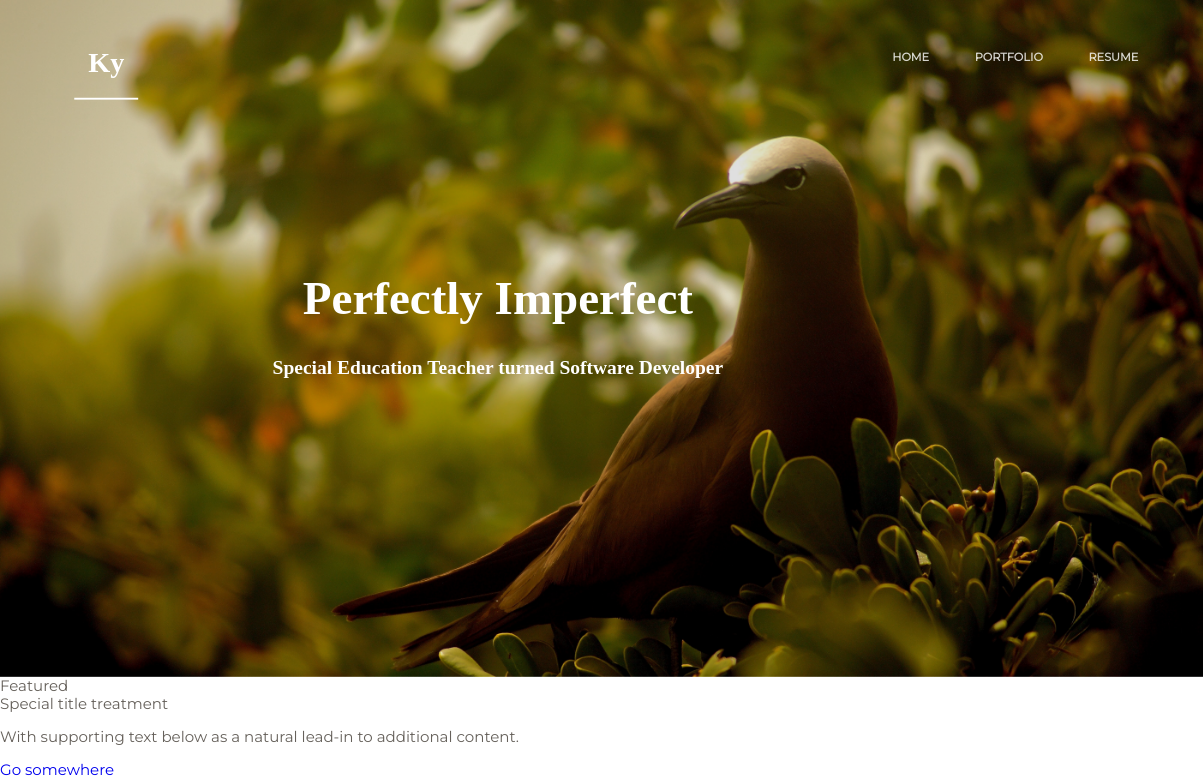
Repository: kkyler24/Perfectly-Imperfect
Page: / (app in imperfect/)
The author's editor kept a copy of each file at every save. The page is drawn from the files as they stood at one save, then again after a run of saves.
The browser window is 1280 px wide. The pictures show the whole page, at 94% of full size.
Some web fonts or font styles are not loaded; a fallback is used. The project was rebuilt for these pictures with package versions that can differ from the ones it lists, and the page was loaded fresh each time.

Above is the page before, as saved 2020-07-23 21:59:59.

After the next 3 saves:
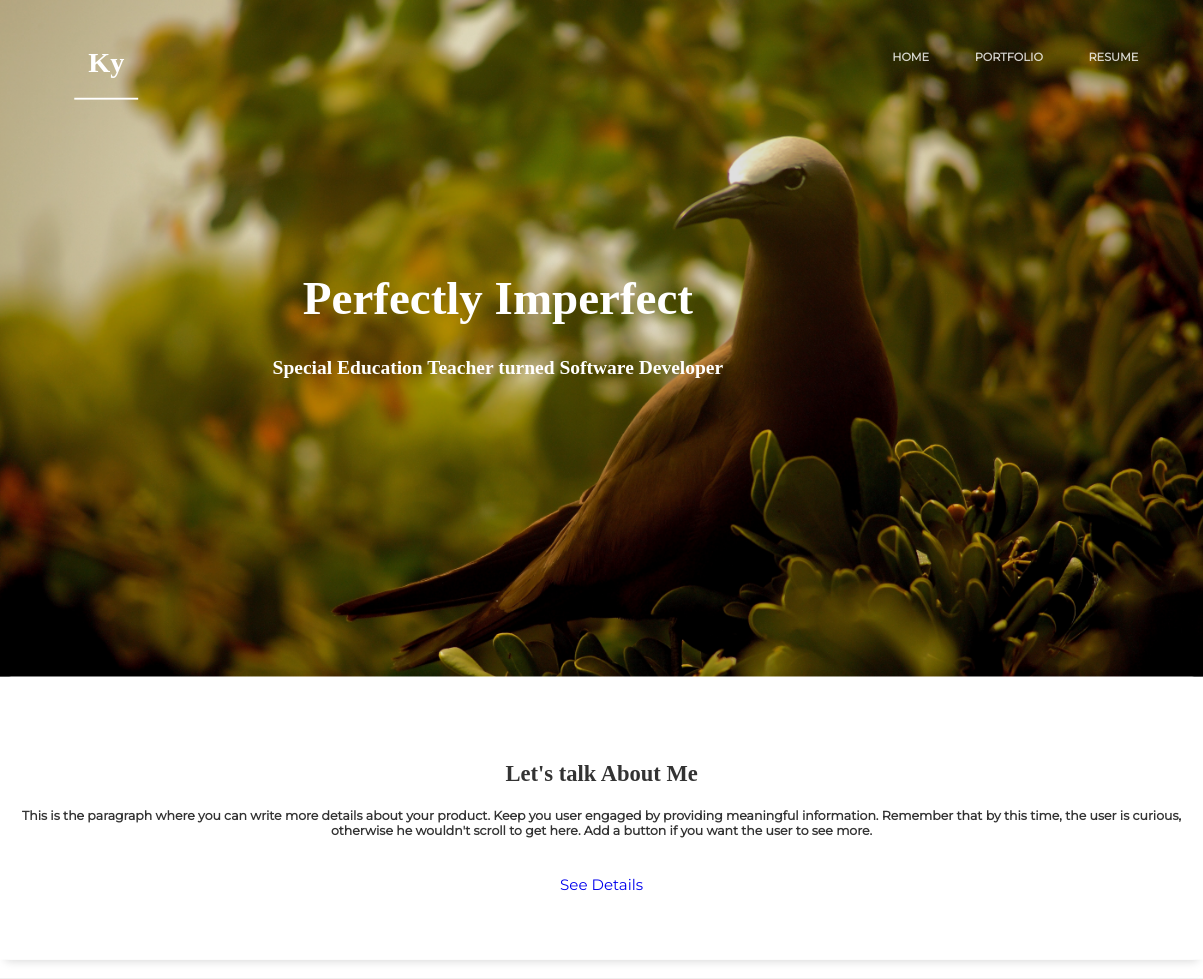
The 3 saves are shown as one change because 2 did not build or start.
The last was saved 14 min 45 s later.
--- a/imperfect/src/Components/aboutMeIndex/aboutme.js
+++ b/imperfect/src/Components/aboutMeIndex/aboutme.js
@@ -1,30 +1,29 @@
 import React from "react";
 import "./aboutme.css";
-import {
-  Card,
-  CardHeader,
-  CardBody,
-  CardTitle,
-  CardText,
-  Button,
-} from "reactstrap";
 
 function Aboutme() {
   return (
     <div className="aboutMain">
-      <Card>
-        <CardHeader>Featured</CardHeader>
-        <CardBody>
-          <CardTitle>Special title treatment</CardTitle>
-          <CardText>
-            With supporting text below as a natural lead-in to additional
-            content.
-          </CardText>
-          <Button href="/#" color="primary">
-            Go somewhere
-          </Button>
-        </CardBody>
-      </Card>
+      <div className="sectionAB text-center">
+        <div className="ABcontainer">
+          <div class="row">
+            <div class="ml-auto mr-auto col-md-8">
+              <h2 class="titleAB">Let's talk About Me</h2>
+              <h5 class="descriptionAB">
+                This is the paragraph where you can write more details about
+                your product. Keep you user engaged by providing meaningful
+                information. Remember that by this time, the user is curious,
+                otherwise he wouldn't scroll to get here. Add a button if you
+                want the user to see more.
+              </h5>
+              <br />
+              <a href="#pablo" class="btn-round btn btn-info">
+                See Details
+              </a>
+            </div>
+          </div>
+        </div>
+      </div>
     </div>
   );
 }
--- a/imperfect/src/Components/aboutMeIndex/aboutme.css
+++ b/imperfect/src/Components/aboutMeIndex/aboutme.css
@@ -8,6 +8,19 @@
     0 6px 30px 5px rgba(0, 0, 0, 0.12), 0 8px 10px -5px rgba(0, 0, 0, 0.2);
   border-radius: 6px;
   padding: 70px 0;
+}
+
+.card,
+.aboutMain {
+  border-radius: 12px;
+  box-shadow: 0 6px 10px -4px rgba(0, 0, 0, 0.15);
+  background-color: #fff;
+  color: #333;
+  margin-bottom: 20px;
+  position: relative;
+  z-index: 1;
+  border: 0;
+  transition: transform 0.3s cubic-bezier(0.34, 2, 0.6, 1), box-shadow 0.2s ease;
 }
 
 .sectionAB {
